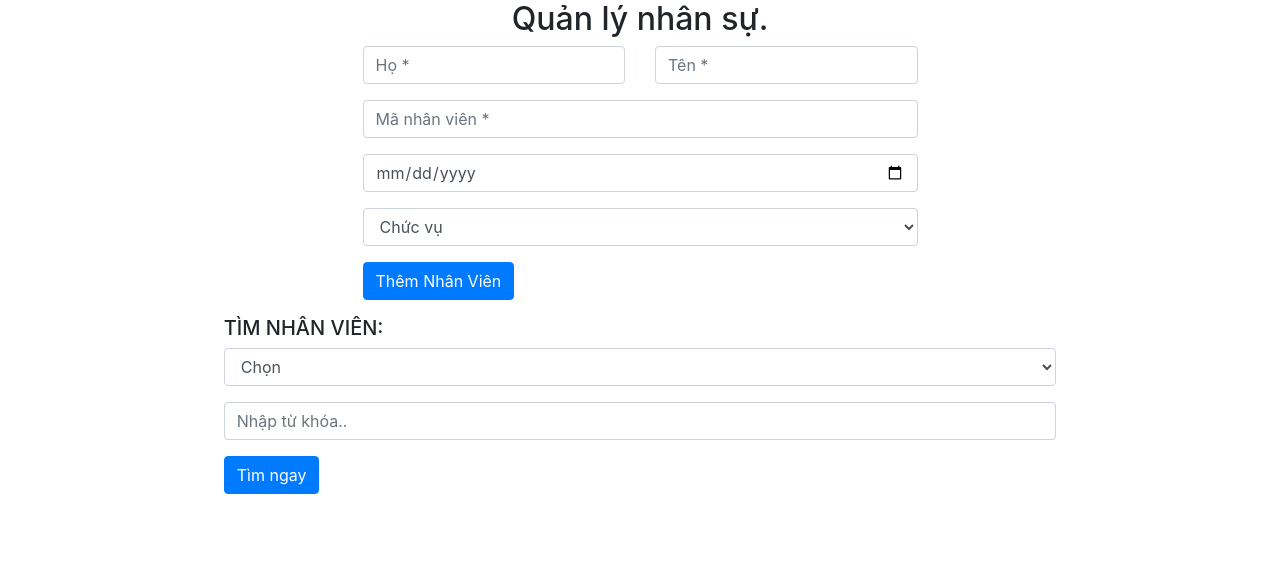
Repository: dovanthao2404/quanlynhanvien
Page: index.html
The author's editor kept a copy of each file at every save. The page is drawn from the files as they stood at one save, then again after the next save.
The browser window is 1280 px wide. The pictures show the whole page.

Above is the page before, as saved 2021-06-30 15:50:04.

### index.html
<!DOCTYPE html>
<html lang="en">

<head>
  <meta charset="UTF-8">
  <meta http-equiv="X-UA-Compatible" content="IE=edge">
  <meta name="viewport" content="width=device-width, initial-scale=1.0">
  <title>Quan Ly Nhan Vien</title>
  <!-- BS4 -->
  <link rel="stylesheet" href="https://cdn.jsdelivr.net/npm/bootstrap@4.6.0/dist/css/bootstrap.min.css"
    integrity="sha384-B0vP5xmATw1+K9KRQjQERJvTumQW0nPEzvF6L/Z6nronJ3oUOFUFpCjEUQouq2+l" crossorigin="anonymous">
  <!-- MAIN CSS -->
  <link rel="stylesheet" href="./css/style.css">
</head>

<body>
  <div class="main">
    <!-- form quan ly' -->
    <div class="container">
      <form class=" w-50 mx-auto">
        <div class="employee-manager">
          <div class="row">
            <div class="col">
              <h2 class="text-center">Quản lý nhân sự.</h2>
            </div>
          </div>
          <div class="form-group">
            <div class="row">
              <div class="col-6">
                <input placeholder="Họ *" type="text" class="form-control" id="ho">
                <span class="text-danger" id="thongBaoHo"></span>
              </div>
              <div class="col-6">
                <input placeholder="Tên *" type="text" class="form-control" id="ten">
                <span class="text-danger" id="thongBaoTen"></span>
              </div>
            </div>
          </div>
          <div class='form-group'>
            <div class="row">
              <div class="col-12">
                <input placeholder="Mã nhân viên *" type="text" class="form-control" id="maNV">
                <span class="text-danger" id="thongBaoMS"></span>
              </div>
            </div>
          </div>
          <div class='form-group'>
            <div class="row">
              <div class="col-12">
                <input type="date" class="form-control" id="ngayLamViec">
                <span class="text-danger" id="thongBaoNgay"></span>
              </div>
            </div>
          </div>
          <div class='form-group'>
            <div class="row">
              <div class="col-12">
                <select id="chucVu" class="form-control">
                  <option value="" selected>Chức vụ</option>
                  <option value="">Sếp</option>
                  <option value="">Trưởng phòng</option>
                  <option value="">Nhân viên</option>
                </select>
                <span class="text-danger" id="thongBaoChucVu"></span>
              </div>
            </div>
          </div>
          <div class='form-group'>
            <button type="button" class="btn btn-primary" id="btnThemNhanVien">Thêm Nhân Viên</button>
          </div>
        </div>
      </form>
    </div>

    <!-- Tim kiem nhan vien -->
    <div class="container">
      <div class="form-search w-75 mx-auto">
        <div class="form-group">
          <h5>TÌM NHÂN VIÊN: </h5>
          <div class="input-group">
            <select class='form-control'>
              <option value="">Chọn</option>
              <option value="">Tìm theo mã</option>
              <option value="">Tìm theo tên</option>
            </select>
          </div>
        </div>

        <div class="form-group">
          <input class="form-control" type="text" placeholder="Nhập từ khóa..">
        </div>
        <button class="btn btn-primary">Tìm ngay</button>
      </div>
    </div>

    <div id="hienthi" class="container">
      <table class="table table-hover" id="tableHienThi">
        <thead>

        </thead>
        <tbody id="thetBody">

        </tbody>
      </table>
    </div>
  </div>

  <!-- BS4 -->
  <script src="https://code.jquery.com/jquery-3.5.1.slim.min.js"
    integrity="sha384-DfXdz2htPH0lsSSs5nCTpuj/zy4C+OGpamoFVy38MVBnE+IbbVYUew+OrCXaRkfj"
    crossorigin="anonymous"></script>
  <script src="https://cdn.jsdelivr.net/npm/bootstrap@4.6.0/dist/js/bootstrap.bundle.min.js"
    integrity="sha384-Piv4xVNRyMGpqkS2by6br4gNJ7DXjqk09RmUpJ8jgGtD7zP9yug3goQfGII0yAns"
    crossorigin="anonymous"></script>

  <script src="js/NhanVien.js"></script>
  <script src="js/DanhSachNV.js"></script>
  <script src="js/main.js"></script>
</body>

</html>

### css/style.css
* {
  padding: 0;
  margin: 0;
  box-sizing: border-box;
}
.btnCapNhat {
  display: none;
}

### js/NhanVien.js
function NhanVien(maNV, ho, ten, ngaySinh, chucVu, ngayLamViec, luongCaoBan, phuCap) {
  this.maNV = maNV;
  this.ho = ho;
  this.ten = ten;
  this.ngaySinh = ngaySinh;
  this.chucVu = chucVu;
  this.soNgayLamViec = ngayLamViec;
  this.luongCaoBan = luongCaoBan;
  this.phuCap = phuCap;
  this.mangThuocTinh = [this.maNV, this.ho, this.ten, this.ngaySinh, this.chucVu, this.soNgayLamViec, this.luongCaoBan,
  this.phuCap];
}

NhanVien.prototype.tinhLuong = function () {
  return this.soNgayLamViec + this.luongCaoBan + this.phuCap;
}

### js/DanhSachNV.js
function DanhSachNV() {
  this.DanhSachNV = [];
}

DanhSachNV.prototype.themNhanVien = function (nv) {
  this.DanhSachNV.push(nv);
}

DanhSachNV.prototype.xuatLuong = function () {
  var soNV = this.DanhSachNV.length;
  for (var i = 0; i < soNV; i++) {
    this.DanhSachNV[i].tinhLuong();
  }
};

DanhSachNV.prototype.xoaNhanVien = function () {

}

DanhSachNV.prototype.timTheoTen = function () {

}

### js/main.js
function getMyEle(ele) {
  return document.getElementById(ele);
}


var mangThongBao = [
  'Vui lòng nhập họ',
  'Vui lòng nhập tên',
  'Vui lòng nhập mã nhân viên',
  'Vui lòng chọn ngày',
  'Vui lòng chọn chức vụ',
  'Họ phải là ký tự',
  'Tên phải là ký tự',
  'Độ dài từ 4 - 6',

]
var dSNV = new DanhSachNV();

function kiemTraNhap(idKiemTra, idThongBao, indexThongBao) {
  var noiDungKiemTra = getMyEle(idKiemTra).value;
  var idThongBao = getMyEle(idThongBao);
  if (noiDungKiemTra === '') {
    idThongBao.innerHTML = mangThongBao[indexThongBao];
    return false;
  } else {
    idThongBao.innerHTML = ''
    return true;
  }
}

function kiemTraChon(idKiemTra, idThongBao, indexThongBao) {
  var noiDungKiemTra = getMyEle(idKiemTra).selectedIndex;
  var idThongBao = getMyEle(idThongBao);
  if (noiDungKiemTra === 0) {
    idThongBao.innerHTML = mangThongBao[indexThongBao];
    return false;
  } else {
    idThongBao.innerHTML = ''
    return true;
  }
}

function kiemTraNhapKiTu(idKiemTra, idThongBao, indexThongBao) {
  var mangKiTu = /^[a-zA-Z]+$/;
  var field = getMyEle(idKiemTra).value;
  var thongBao = getMyEle(idThongBao);
  if (field.match(mangKiTu)) {
    thongBao.innerHTML = ''
    return true;
  } else {
    thongBao.innerHTML = mangThongBao[indexThongBao];
    return false;
  }
}

function kiemTraDoDai(idKiemTra, idThongBao, indexThongBao) {
  var field = getMyEle(idKiemTra).value.length;
  var thongBao = getMyEle(idThongBao);
  if (field < 2 || field > 6) {
    thongBao.innerHTML = mangThongBao[indexThongBao];
    return false;
  } else {
    thongBao.innerHTML = ''
    return true;
  }
}

function kiemTraHopLe() {
  var kq = kiemTraNhap('ho', 'thongBaoHo', 0);
  if (kq) {
    kiemTraNhapKiTu('ho', 'thongBaoHo', 5)
  }
  var kq2 = kiemTraNhap('ten', 'thongBaoTen', 1);
  if (kq2) {
    kiemTraNhapKiTu('ten', 'thongBaoTen', 6);
  }
  var kq3 = kiemTraNhap('maNV', 'thongBaoMS', 2);
  if (kq3) {
    kiemTraDoDai('maNV', 'thongBaoMS', 7);
  }
  var kq4 = kiemTraNhap('ngayLamViec', 'thongBaoNgay', 3);
  var kq5 = kiemTraChon('chucVu', 'thongBaoChucVu', 4);

  if (kq && kq2 && kq3 && kq4 && kq5) {
    return true;
  } else {
    return false;
  }
}

function lamMoiForm() {
  getMyEle('ho').value = '';
  getMyEle('ten').value = '';
  getMyEle('maNV').value = '';
  getMyEle('ngayLamViec').value = '';
  getMyEle('chucVu').selectedIndex = 0;
}

function taoDong(tBody, tnv) {

}

getMyEle('btnThemNhanVien').addEventListener("click", function () {
  var kq = kiemTraHopLe();
  if (kq) {
    var ho = getMyEle('ho').value;
    var ten = getMyEle('ten').value;
    var maNV = getMyEle('maNV').value;
    // var ngay
    var nhanVien = new NhanVien(ho, ten, maNV, '', '', '', '', '')
    dSNV.themNhanVien(nhanVien);
    lamMoiForm();
    console.log(dSNV);
  }
})

After the next save:
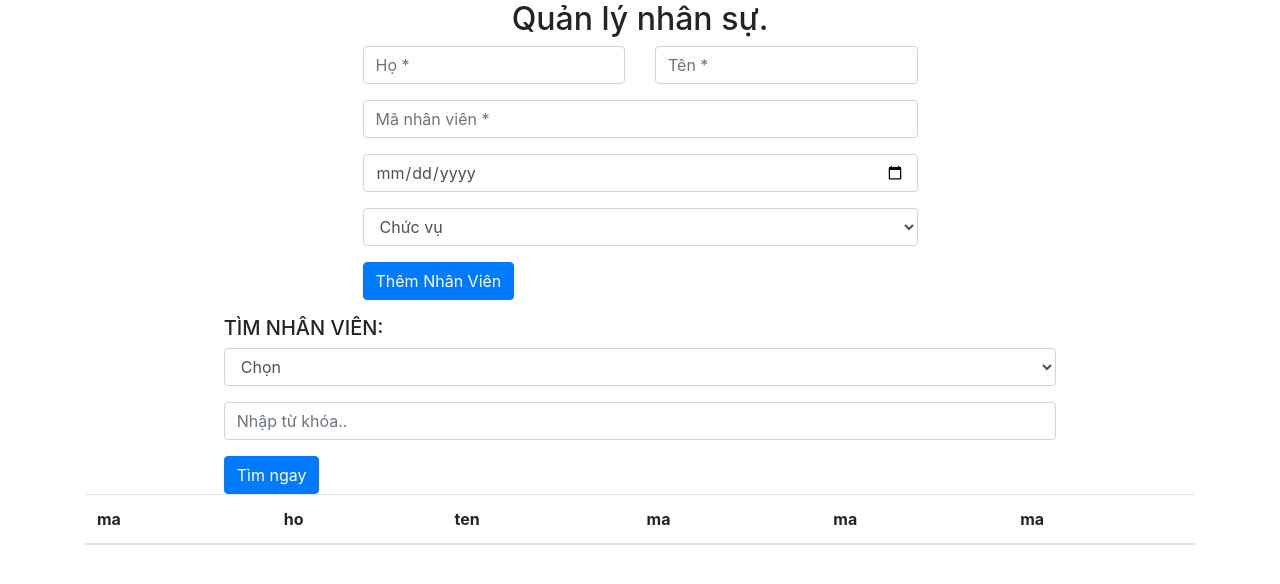
Saved 15 s later.
--- a/index.html
+++ b/index.html
@@ -96,7 +96,12 @@
     <div id="hienthi" class="container">
       <table class="table table-hover" id="tableHienThi">
         <thead>
-
+          <th>ma</th>
+          <th>ho</th>
+          <th>ten</th>
+          <th>ma</th>
+          <th>ma</th>
+          <th>ma</th>
         </thead>
         <tbody id="thetBody">
 
